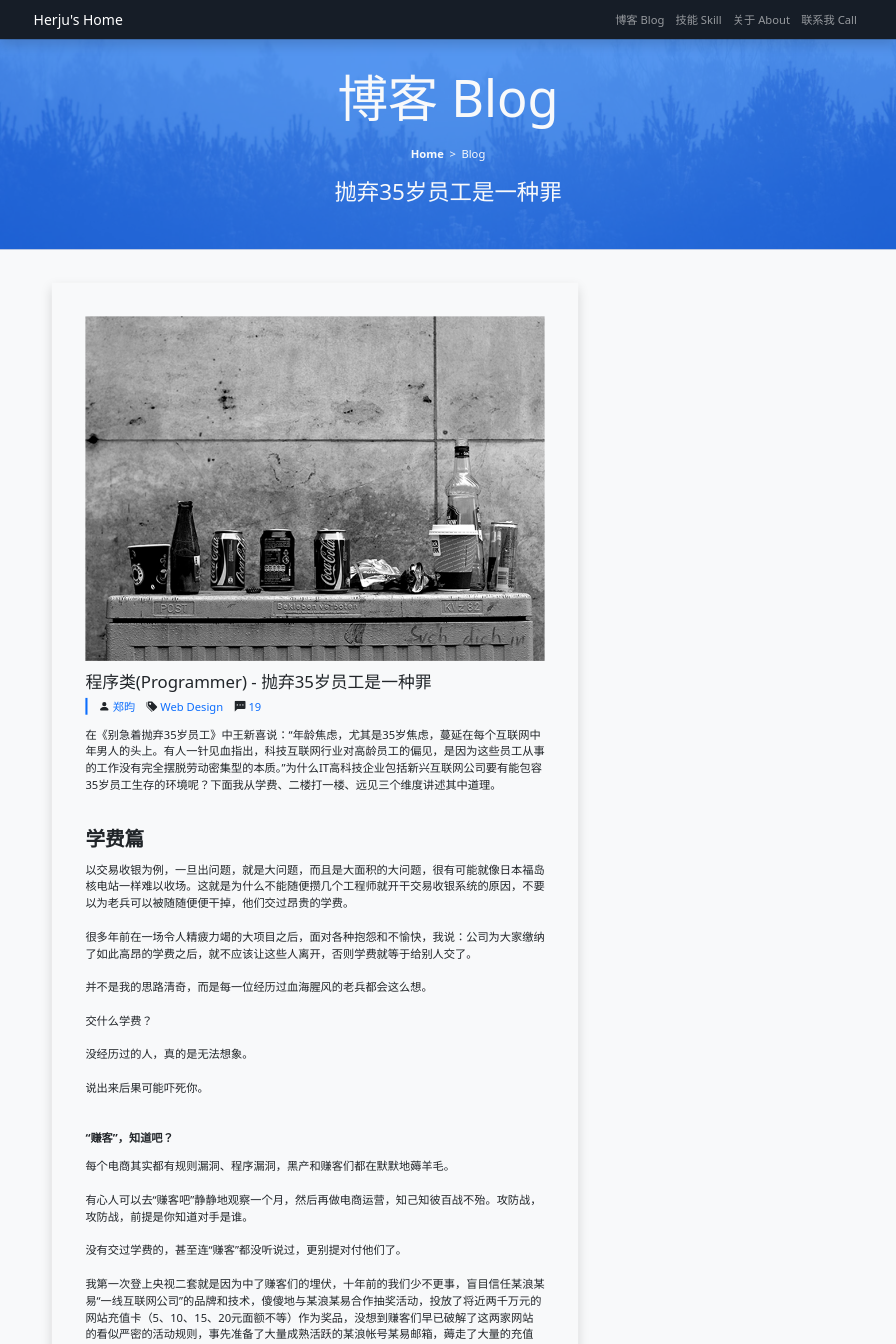
Repository: herjuandlonely/github.io
Page: index-blog.html
These files come from the project's save history. The page is drawn as it stood at one moment and after the next save; the edit follows.
The browser window is 1280 px wide. The pictures show the part of the page from y = 0 to 1920 px (the page is 3000 px tall), at 70% of full size.
Backgrounds fixed to the window are drawn as part of the page.

Above is the page before, as saved 2022-06-30 21:23:58.
Console error: TypeError: Cannot read properties of undefined (reading 'scrollTop')

After the next save:
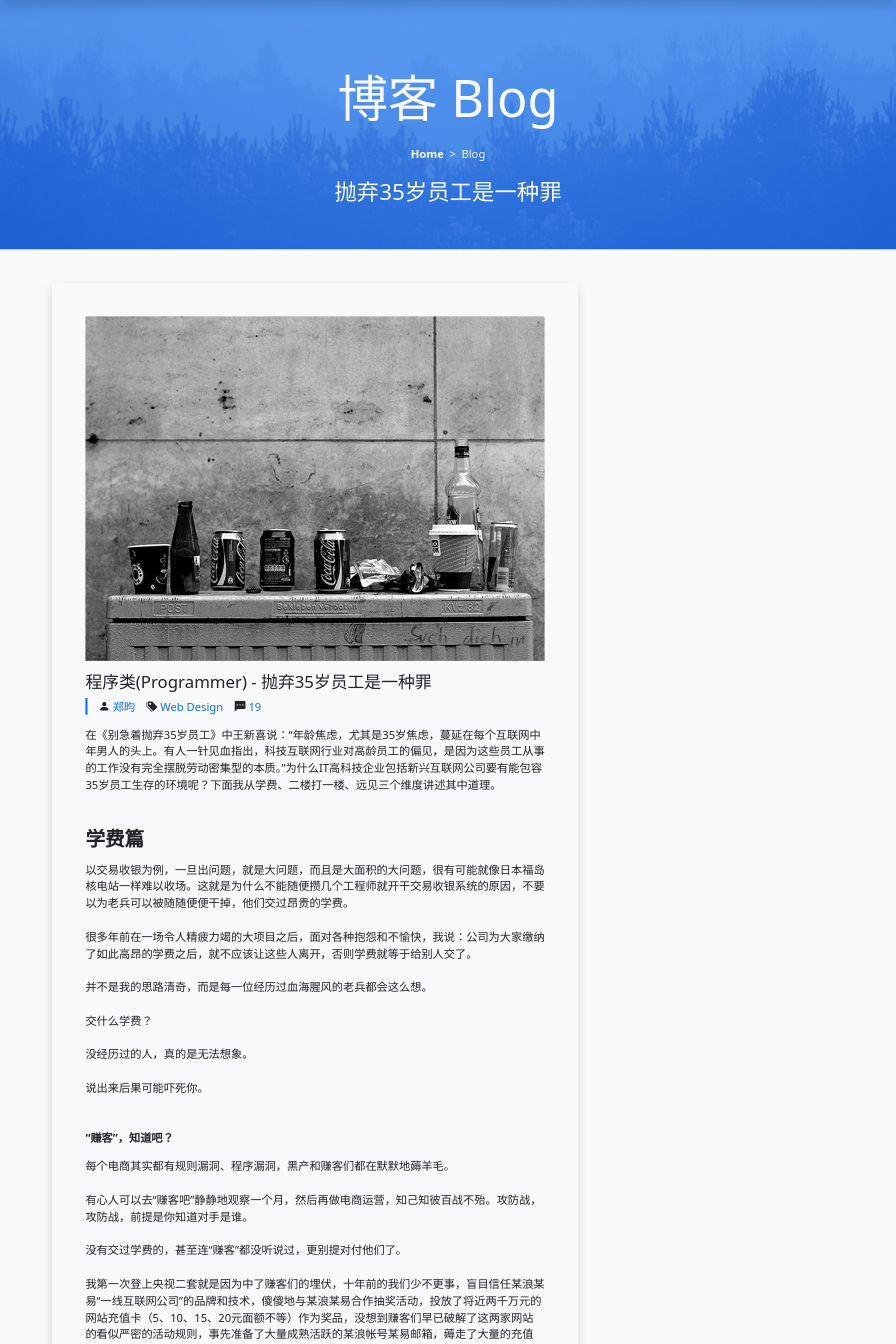
The error is gone.
Saved 75 s later.
--- a/JS/index-blog.js
+++ b/JS/index-blog.js
@@ -20,9 +20,7 @@
                     foldBtn.classList.remove('show');
                 }
             };
-            if (banner.scrollTop > 0) {
-                isHide.classList.remove('showAndHide');
-            }
+
 
             window.addEventListener("scroll", scrollHide);
 
